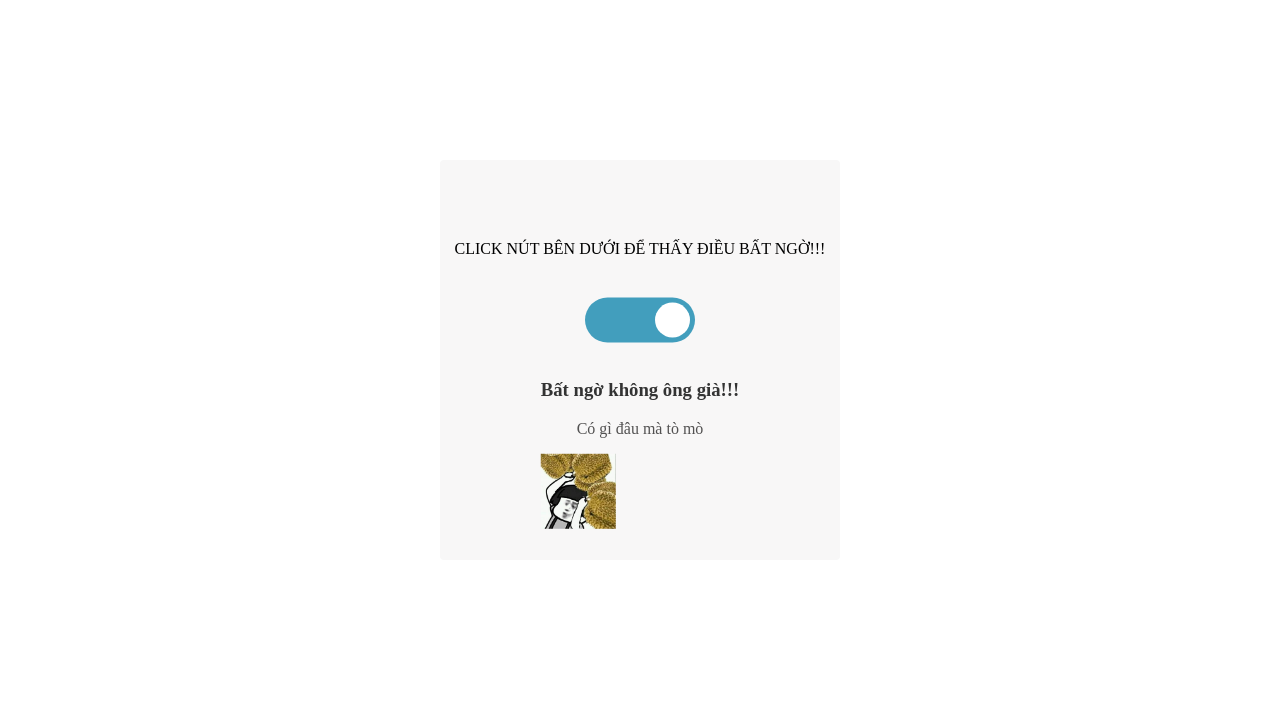
Repository: haokiet2501/troll-my-react
Page: /, after clicking the first element matching `div.toggle-center`
An editor plug-in stored every save of this project. The page is shown before and after the next save, followed by the edit.
The browser window is 1280 px wide. The pictures show the whole page.
The project was rebuilt for these pictures with package versions that can differ from the ones it lists, and the page was loaded fresh each time.

Above is the page before, as saved 2022-07-30 23:23:12.

After the next save:
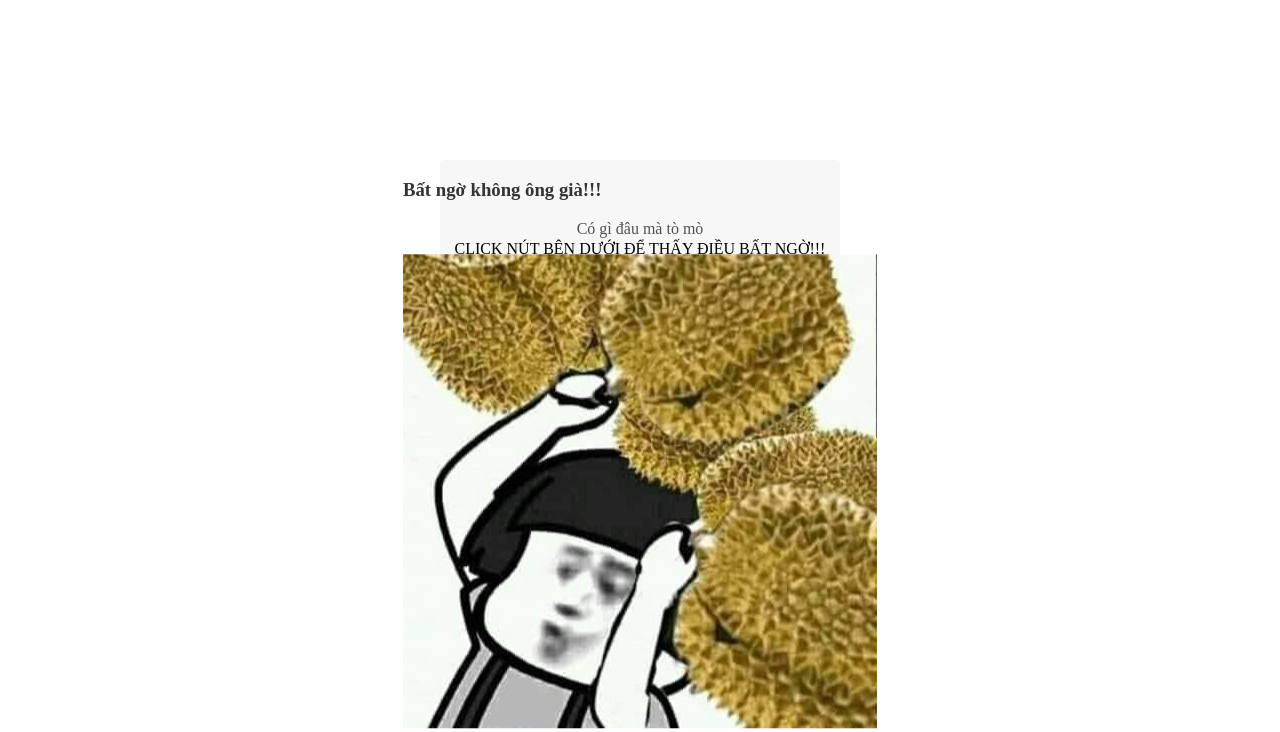
Saved 9 s later.
--- a/src/index.css
+++ b/src/index.css
@@ -28,7 +28,7 @@
   z-index: 999;
 }
 
-.todo-center img {
+.todo-center . img {
   object-fit: cover;
   width: 75px;
   height: 75px;

After the save that followed:
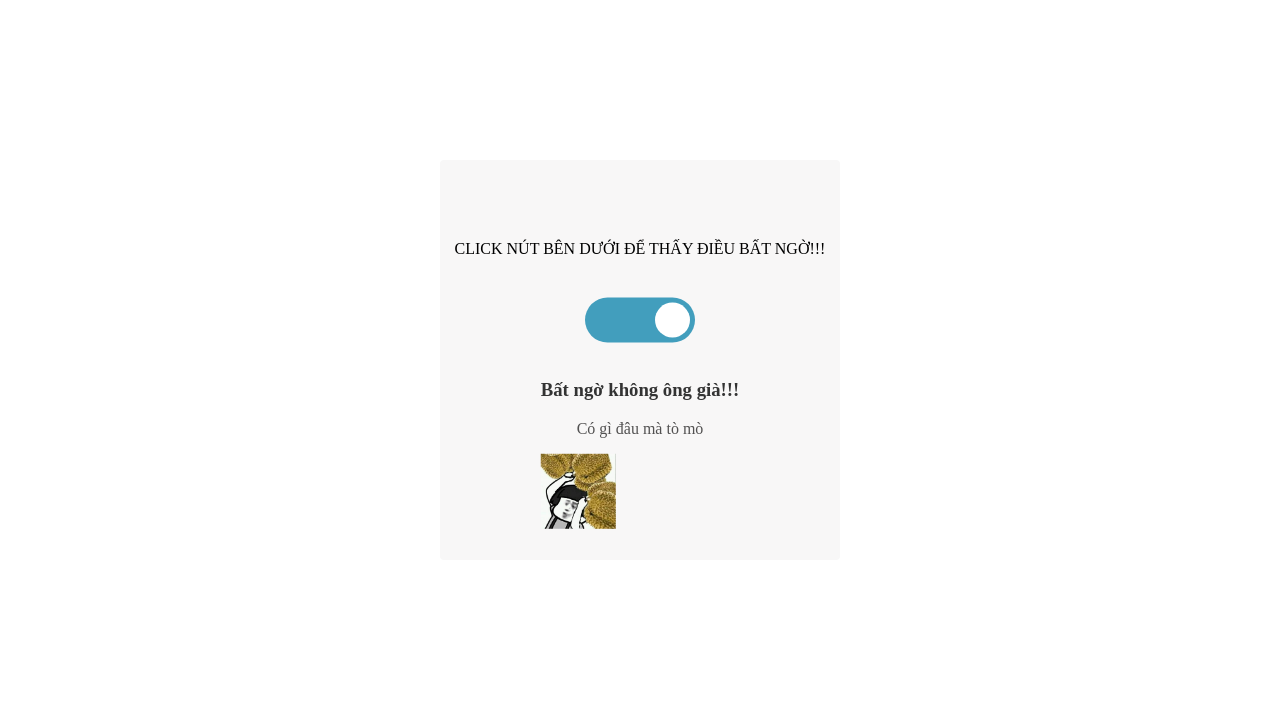
Saved 4 s later.
--- a/src/index.css
+++ b/src/index.css
@@ -28,7 +28,7 @@
   z-index: 999;
 }
 
-.todo-center . img {
+.todo-center .todo-img img {
   object-fit: cover;
   width: 75px;
   height: 75px;
